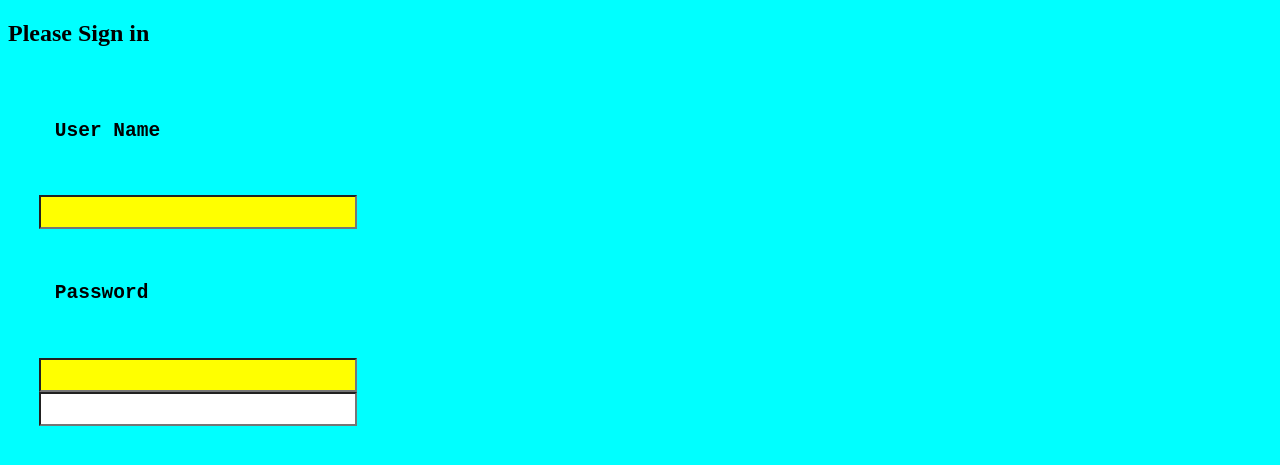
Repository: AkshayBorate/webJava
Page: web_projectservlet/src/main/webapp/login.html
An editor plug-in stored every save of this project. The page is shown before and after the next save, followed by the edit.
The browser window is 1280 px wide. The pictures show the whole page.

Above is the page before, as saved 2024-11-28 06:39:58.

After the next save:
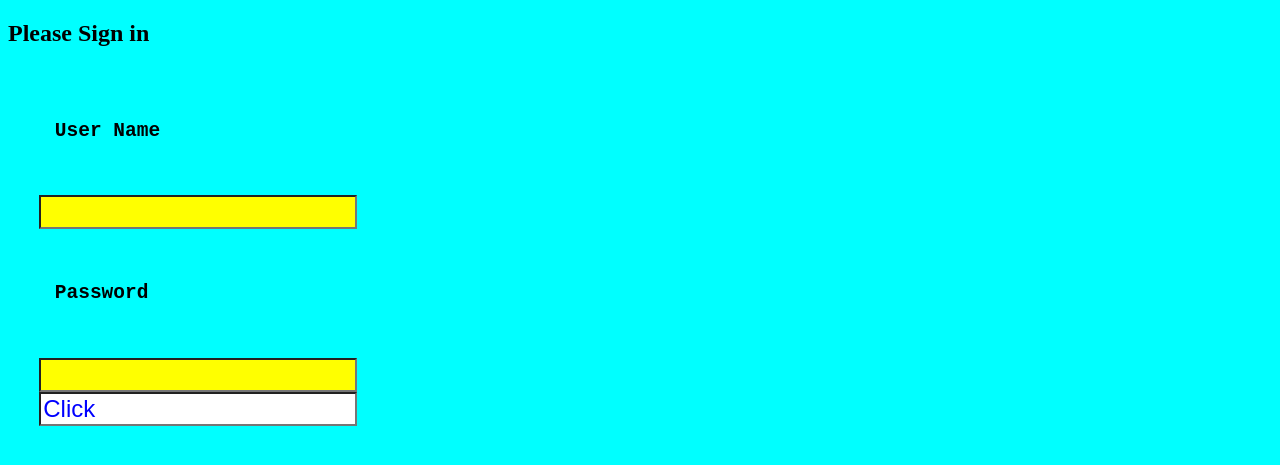
Saved 12 s later.
--- a/web_projectservlet/src/main/webapp/login.html
+++ b/web_projectservlet/src/main/webapp/login.html
@@ -13,7 +13,7 @@
     Password
     </h2>
     <input type="password" name="pass" style="background-color:yellow;color:blue; font-size:18pt"/>
-    <input type="sybmit" name="Click" style="background-color:white;color:blue; font-size:18pt"/>
+    <input type="sybmit" value="Click" style="background-color:white;color:blue; font-size:18pt"/>
     </pre>
 </form>
 </body>
